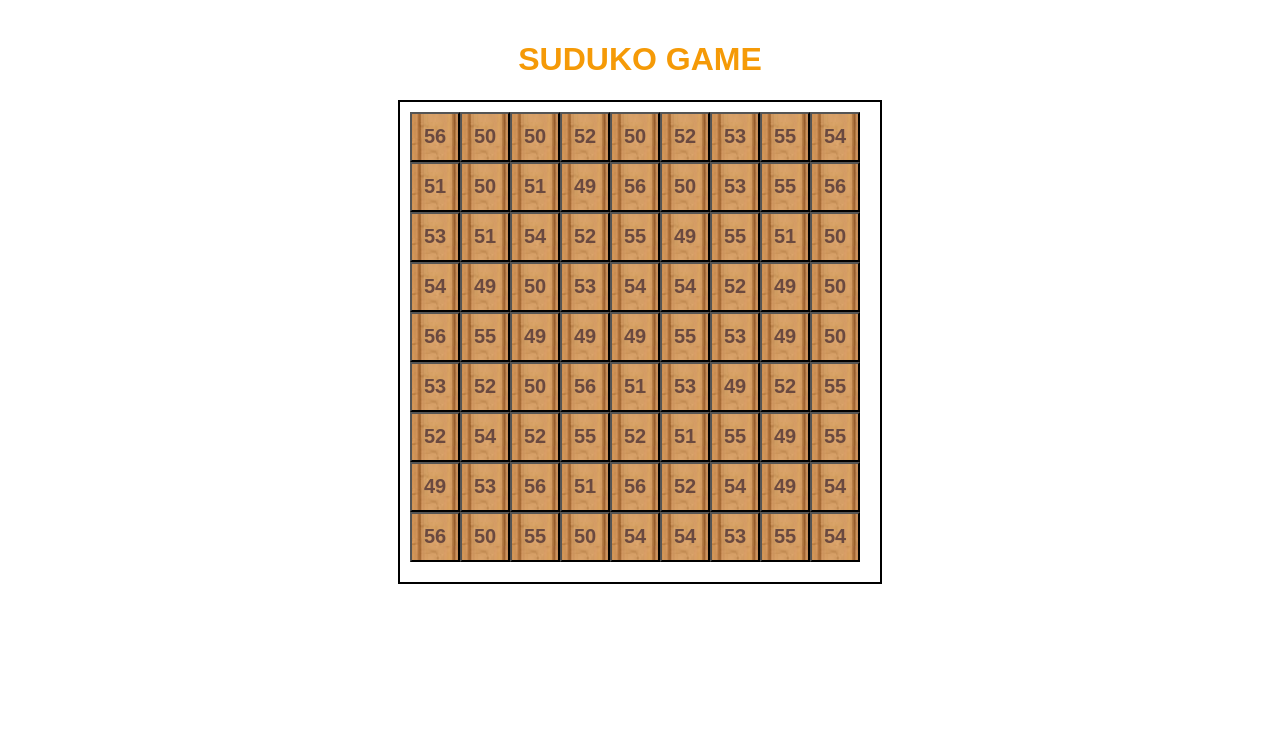
Repository: ahmad8969/Suduko-Game-React-App
Page: /
These files come from the project's save history. The page is drawn as it stood at one moment and after the next save; the edit follows.
The browser window is 1280 px wide. The pictures show the whole page.
Some web fonts or font styles are not loaded; a fallback is used. The project was rebuilt for these pictures with package versions that can differ from the ones it lists, and the page was loaded fresh each time.

Above is the page before, as saved 2021-03-04 15:36:47.

### src/index.js
import React from 'react';
import ReactDOM from 'react-dom';
import './index.css';
import Board from './board';
import reportWebVitals from './reportWebVitals';

ReactDOM.render(
  <React.StrictMode>
    <Board />
  </React.StrictMode>,
  document.getElementById('root')
);

// If you want to start measuring performance in your app, pass a function
// to log results (for example: reportWebVitals(console.log))
// or send to an analytics endpoint. Learn more: https://bit.ly/CRA-vitals
reportWebVitals();

### src/board.js
import React  from 'react';   //{useState}
import './App.css';
import Block from './components/block'
import NineBlock from './components/nineBlockComponent';


function Board () {
  const nine_block_Element_into_Nine = [1,2,3,4,5,6,7,8,9];
  const single_block_Into_Nine = [1,2,3,4,5,6,7,8,9];

  const Click = (idOfSpecificButton,i,j,e) =>{
    console.log(e.target.value)
    document.getElementById(idOfSpecificButton).style.color="green"
    XaxisSelection(i);
    YaxisSelection(j);
    DiagonalSelectionUpward(idOfSpecificButton);
    DiagonalSelectionDownward(idOfSpecificButton);
    DiagonalSelectionDownwardLeftDown(idOfSpecificButton);
    DiagonalSelectionUpwardLeftUp(idOfSpecificButton);
  }
  const XaxisSelection = (i)=>{
    for(let xAxis= 0; xAxis<=8; xAxis++){
      let creatId= i+ xAxis;
      document.getElementById(creatId).style.color="green"
    }
  }

  const YaxisSelection = (i)=> {
    for(let xAxis1= 0; xAxis1<=8; xAxis1++){
      let creatId=  xAxis1 +i;

      document.getElementById(creatId).style.color="yellow"
    }
  }

  const DiagonalSelectionUpward = (selectedId)=>{
  let array_of_length= nine_block_Element_into_Nine.length;
  console.log(array_of_length);
  console.log(typeof(array_of_length));
  let get_the_id_of_current_box= parseInt(selectedId);
  console.log(get_the_id_of_current_box);
    for(let hello=get_the_id_of_current_box; hello>=0; hello-=array_of_length){
      if(hello<=9){
        var concatination = 0+`${hello}`;
        document.getElementById(concatination).style.color="red";
      } else if(hello==19 || hello==29 || hello==39 || hello==49 || hello==59 || hello==69 || hello==79){
        return;
      }
      else{
        document.getElementById(hello).style.color="red";
      }

    }
  }
        const DiagonalSelectionUpwardLeftUp = (selectedId)=>{
          let array_of_length= 2 + nine_block_Element_into_Nine.length;
          console.log(array_of_length);
          console.log(typeof(array_of_length));
          let get_the_id_of_current_box= parseInt(selectedId);
          console.log(get_the_id_of_current_box);
            for(let hello=get_the_id_of_current_box; hello>=0; hello-=array_of_length){
              if(hello<=9){
                var concatination = 0+`${hello}`;
                document.getElementById(concatination).style.color="indigo";
                return;

              } else if( hello==9 || hello==19 || hello==29 || hello==39 || hello==49 || hello==59 || hello==69 || hello==79){
                return;
              }
              else{
                document.getElementById(hello).style.color="indigo";
              }

            }
          }


        const DiagonalSelectionDownward= (selectedId)=>{
          let array_of_length= nine_block_Element_into_Nine.length;
          console.log(array_of_length);
          console.log(typeof(array_of_length));
          let get_the_id_of_current_box= parseInt(selectedId);
          console.log(get_the_id_of_current_box);
    for(let hello=get_the_id_of_current_box; hello<=88; hello+=array_of_length){
      if(hello==0){
        return;
      }
      else if(hello<=9){
        var concatination = 0+`${hello}`;
        document.getElementById(concatination).style.color="pink";
      } else if(hello==19 || hello==29 || hello==39 || hello==49 || hello==59 || hello==69 || hello==79){
        return;
      }
      else{
        document.getElementById(hello).style.color="pink";
      }

    }
        }
        const DiagonalSelectionDownwardLeftDown= (selectedId)=>{
          let array_of_length= 2 +  nine_block_Element_into_Nine.length;
  console.log(array_of_length);
  console.log(typeof(array_of_length));
  let get_the_id_of_current_box= parseInt(selectedId);
  console.log(get_the_id_of_current_box);
    for(let hello=get_the_id_of_current_box; hello<=88; hello+=array_of_length){
      if(hello==0){
        return;
      }
      else if(hello<=9){
        var concatination = 0+`${hello}`;
        document.getElementById(concatination).style.color="blue";
      } else if(hello==19 || hello==29 || hello==39 || hello==49 || hello==59 || hello==69 || hello==79){
        return;
      }
      else{
        document.getElementById(hello).style.color="blue";
      }

    }
        }
        const gettingRandomNumber = () => {
          let random = Math.floor(Math.random() * (49 - 57)) + 57;

          return random;
        }



  return (

    <div className="App">
    <h1>SUDUKO GAME </h1>
    <div className="board_nine_block_Style">
    {nine_block_Element_into_Nine.map((s,i)=>{
      return(
      <div>
      <NineBlock id={i}>
        {single_block_Into_Nine.map((s,j)=>


          <Block rowId={i} value={gettingRandomNumber()} click={(e)=>{Click(`${i}${j}`,`${i}`,`${j}`,e)}} colId={j} keys={`${i}${j}`}></Block>

        )}

      </NineBlock>
      </div>
      )
    })
    }
    </div>
    </div>
  );
}

export default Board;

### src/App.css
@import url('http://fonts.cdnfonts.com/css/game');
.App {
  text-align: center;
  /* background-image: url('images/download.jpg'); */
  color:rgb(245, 154, 7);
  padding-top:20px;
  font-family: 'GAME', sans-serif;
  /* display: flex; */
   height: 100vh !important;
  /* width: 490px !important; */
  margin: 0 auto;

}

.board_nine_block_Style{
  height: 460px !important;
  width: 460px !important;
  border:2px solid black !important;
  padding: 10px;
  margin:  auto !important;
  /* display: flex; */
  /* grid-column-gap: 0px !important;
  grid-row-gap: 0px !important;
  grid-template-columns:repeat(3,1fr)!important; */
}
.heading{
  color: white;
  text-align:center;
  padding-top:50px!important;
  /* margin-top: 10px!important; */
  font-size: 30px;

}


/* @keyframes App-logo-spin {
  from {
    transform: rotate(0deg);
  }
  to {
    transform: rotate(360deg);
  }
} */

### src/components/block.js
import React from 'react';
import './block.css'


const Block = (props)=>{
    var uniqueId = `${props.rowId}`+ `${props.colId}` ;
return(
    <div className="button_block">
    <button id={props.keys} onClick={props.click} value={props.value}> {props.value}</button>
    </div>

)
}

export default Block;

### src/components/nineBlockComponent.js
import React from 'react';
import Block from './block'
import './block.css'

const NineBlockBox = (props) =>{

    return (
        <div className="nine_block_Style">
            {props.children}
        </div>
    )
}
export default NineBlockBox;




// {single_block_Into_Nine.map((s,i)=>{
//     let random = Math.floor(Math.random() * (49 - 57)) + 57;
//     const character = String.fromCharCode(random);

//   return(
//     <div>
//       {/* <Block keyId={i} boardId={props.id}  number={character}/> */}
//       {props.children}
//       </div>
//   )
//   })}

### src/components/block.css
.button_block button{
    height: 50px !important;
    width: 50px !important;
    background-image: url('../images/wood.jpg');
    /* background-color: aquamarine !important; */
    margin: 0!important;
    font-size: 20px!important;
    font-weight:600;
    /* color:rgb(109,84,62); */
    color: #6a4940;
}
.nine_block_Style{
    /* height: 150px !important;
    width: 150px !important; */
    /* border:2px solid rgb(245, 154, 7) !important; */
    display: flex;
    /* margin: auto!important; */

    /* grid-template-columns:repeat(3,1fr)!important;
    grid-column-gap: 0px !important;
    grid-row-gap: 0px !important; */
}
.button_block1{
    height: 40px !important;
    width: 40px !important;
    /* background-image: url('../images/wood.jpg'); */
    /* background-color: aquamarine !important; */
    margin: 0!important;
    font-size: 20px!important;
    font-weight:600;
    /* border:2px solid black; */
    /* color:rgb(109,84,62); */
    color: #6a4940;
}

Loaded but not shown: public/index.html (common file); src/index.css (common file); src/reportWebVitals.js (common file)

After the next save:
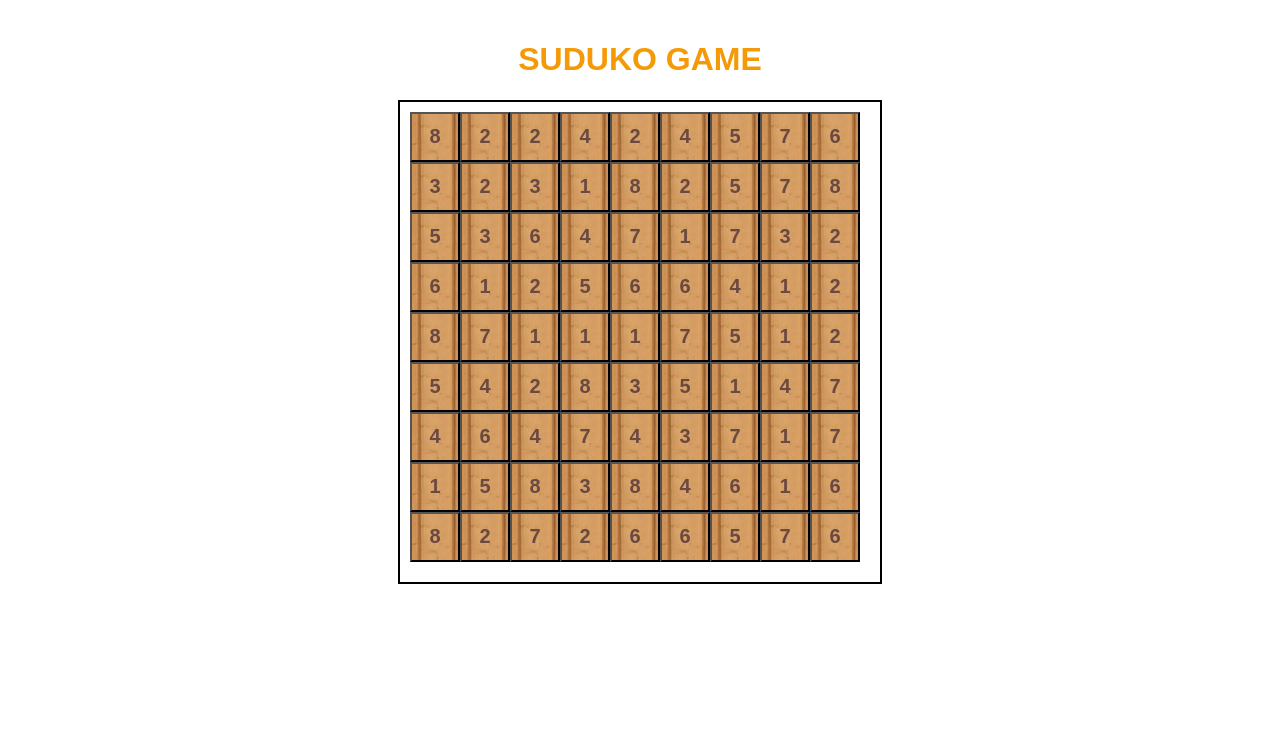
Saved 15 s later.
--- a/src/board.js
+++ b/src/board.js
@@ -121,8 +121,8 @@ function Board () {
         }
         const gettingRandomNumber = () => {
           let random = Math.floor(Math.random() * (49 - 57)) + 57;
-
-          return random;
+          const character = String.fromCharCode(random);
+          return character;
         }
 
 
